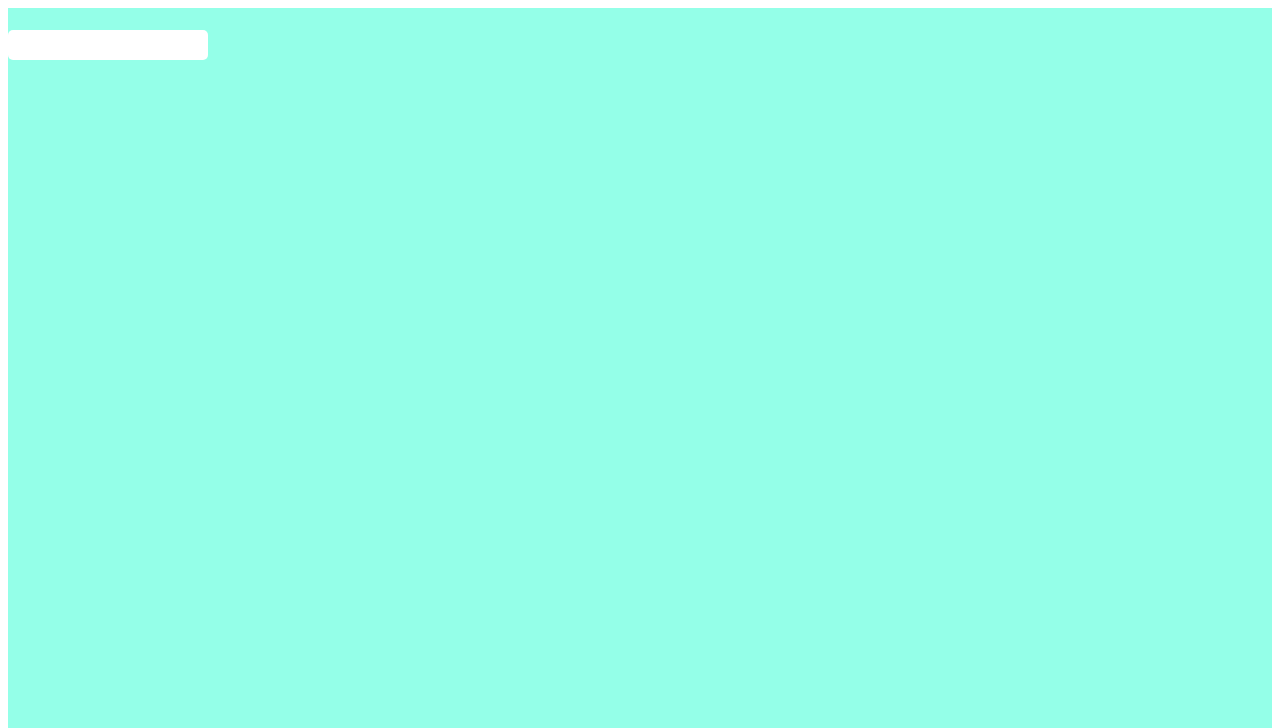
Repository: lxl0302/ClassBegin_-sound_code
Page: /
The author's editor kept a copy of each file at every save. The page is drawn from the files as they stood at one save, then again after the next save.
The browser window is 1280 px wide. The pictures show the whole page.
The project was rebuilt for these pictures with package versions that can differ from the ones it lists, and the page was loaded fresh each time.

Above is the page before, as saved 2020-07-08 16:25:13.

After the next save:
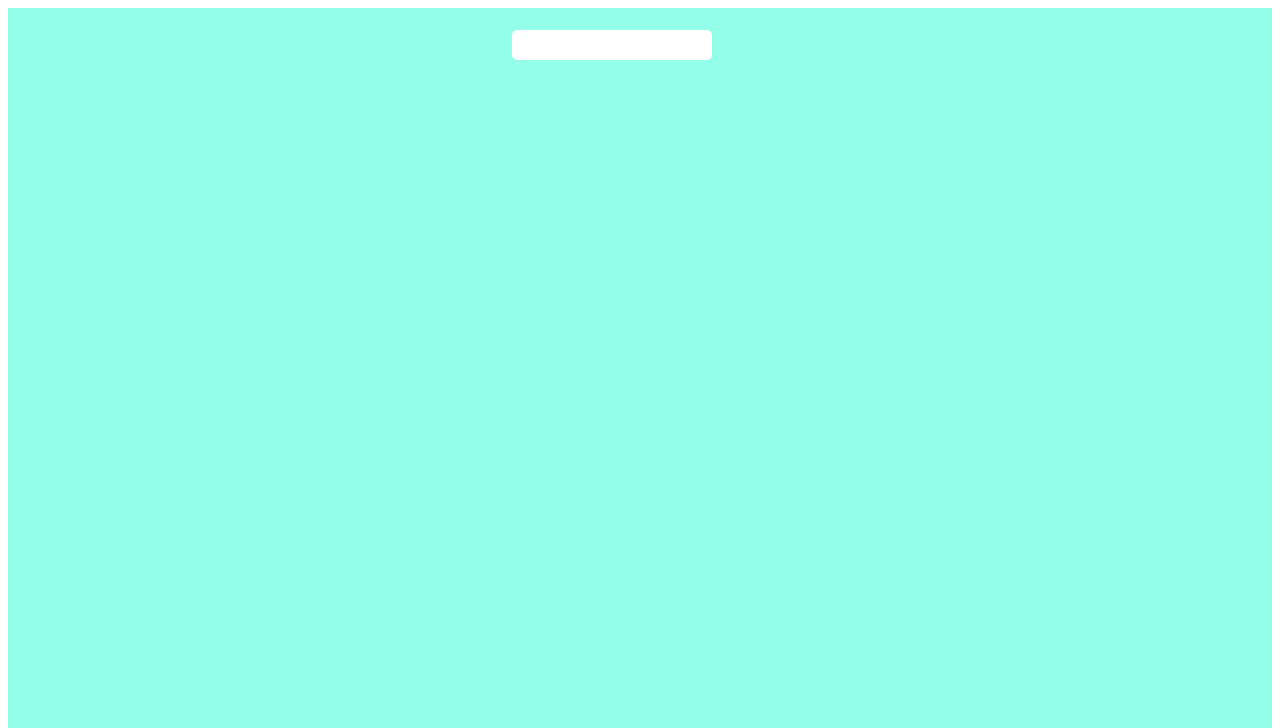
Saved 9 s later.
--- a/src/views/index.vue
+++ b/src/views/index.vue
@@ -25,6 +25,7 @@ export default {
 .toolbar{
   position: absolute;
   top: 30px;
+  left: 40%;
   width: 200px;
   height: 30px;
   border-radius: 5px;
